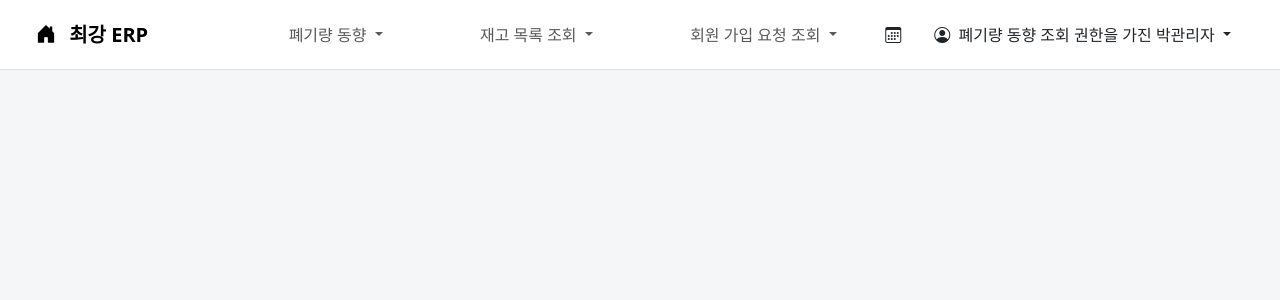
Repository: nojong99/kosta
Page: 32_MVCModel2/src/main/webapp/adminHeader.html
The author's editor kept a copy of each file at every save. The page is drawn from the files as they stood at one save, then again after the next save.
The browser window is 1280 px wide. The pictures show the whole page.

Above is the page before, as saved 2026-09-23 05:23:08.

### 32_MVCModel2/src/main/webapp/adminHeader.html
<!DOCTYPE html>
<html>
<head>
<meta charset="UTF-8">
<meta name="viewport" content="width=device-width, initial-scale=1">

<title>최강 ERP</title>

<link
	href="https://cdn.jsdelivr.net/npm/bootstrap@5.3.8/dist/css/bootstrap.min.css"
	rel="stylesheet">
<link rel="stylesheet"
	href="https://cdn.jsdelivr.net/npm/bootstrap-icons@1.13.1/font/bootstrap-icons.min.css">
<link rel="stylesheet" href="css/wasteTrends.css">

</head>
<body>
	<header>
		<nav class="navbar navbar-expand-lg bg-white border-bottom px-4">

			<div class="container-fluid">
				<a class="navbar-brand fw-bold me-4" href="index.html"> <i
					class="bi bi-house-door-fill me-2"></i> 최강 ERP
				</a>
				<ul class="navbar-nav flex-grow-1 mb-2 mb-lg-0">

					<li class="nav-item dropdown flex-fill text-center"><a
						class="nav-link dropdown-toggle" href="#" role="button"
						data-bs-toggle="dropdown"> 폐기량 동향 </a>

						<ul class="dropdown-menu">

							<li><a class="dropdown-item" href="#"> </a></li>

						</ul></li>

					<li class="nav-item dropdown flex-fill text-center"><a
						class="nav-link dropdown-toggle" href="#" role="button"
						data-bs-toggle="dropdown"> 재고 목록 조회 </a>
						<ul class="dropdown-menu">

							<li><a class="dropdown-item" href="#"> </a></li>

						</ul></li>
					<li class="nav-item dropdown flex-fill text-center"><a
						class="nav-link dropdown-toggle" href="#" role="button"
						data-bs-toggle="dropdown"> 회원 가입 요청 조회 </a>

						<ul class="dropdown-menu">

							<li><a class="dropdown-item" href="#"> </a></li>

						</ul></li>



				</ul>
				<div class="current-date me-3">
					<i class="bi bi-calendar3 me-1"></i> <span id="currentDate"></span>
				</div>
				<div class="dropdown">

					<button class="btn dropdown-toggle" data-bs-toggle="dropdown">

						<i class="bi bi-person-circle me-1"></i> 폐기량 동향 조회 권한을 가진 박관리자

					</button>


					<ul class="dropdown-menu dropdown-menu-end">

						<li><a class="dropdown-item" href="#"> 프로필 </a></li>

						<li><a class="dropdown-item" href="#"> 설정 </a></li>

						<li>
							<hr class="dropdown-divider">
						</li>

						<li><a class="dropdown-item" href="#"> 로그아웃 </a></li>

					</ul>

				</div>

			</div>

		</nav>
	</header>
</body>
</html>

### 32_MVCModel2/src/main/webapp/css/wasteTrends.css
@charset "UTF-8";


/* ==================================================
   BODY
================================================== */

body {
    background-color: #f5f6f8;
    margin: 0;
}


/* ==================================================
   HEADER / NAV
================================================== */

header {
    width: 100%;
}

/* Bootstrap navbar */
.navbar {
    min-height: 70px;
}


.navbar .dropdown {
    position: relative;
}

.navbar .dropdown:hover > .dropdown-menu {
    display: block;
    top: 100%;
    left: 50%;
    transform: translateX(-50%);
    margin-top: 0;
}


/* 홈 로고 */
.navbar-brand {
    min-width: 180px;
}


/* ==================================================
   SIDEBAR
================================================== */

.sidebar {
    width: 250px;
    min-height: calc(100vh - 70px);

    background-color: #212529;
    color: white;

    flex-shrink: 0;
}


.sidebar .logo {
    height: 70px;

    display: flex;
    align-items: center;

    padding: 0 25px;

    font-size: 20px;
    font-weight: bold;

    color: white;
}


.sidebar .nav-link {
    color: #adb5bd;
    padding: 12px 25px;
}


.sidebar .nav-link:hover,
.sidebar .nav-link.active {
    color: white;
    background-color: #343a40;
}


.sidebar .nav-link i {
    margin-right: 10px;
}


/* ==================================================
   MAIN
================================================== */

.main {
    min-height: calc(100vh - 70px);

    flex-grow: 1;

    min-width: 0;
}


/* ==================================================
   CARD
================================================== */

.dashboard-card {
    border: none;
    border-radius: 10px;
}


.dashboard-icon {
    width: 45px;
    height: 45px;

    border-radius: 10px;

    display: flex;
    align-items: center;
    justify-content: center;

    font-size: 20px;
}


/* ==================================================
   CHART
================================================== */

.chart-area {
    height: 300px;

    display: flex;
    align-items: center;
    justify-content: center;

    color: #adb5bd;

    background-color: #fafafa;

    border-radius: 8px;
}


/* ==================================================
   EMPTY DATA
================================================== */

.empty-data {
    height: 150px;

    display: flex;
    align-items: center;
    justify-content: center;

    color: #adb5bd;
}


/* ==================================================
   MOBILE
================================================== */

@media (max-width: 768px) {

    .sidebar {
        width: 70px;
    }


    .sidebar .logo span,
    .sidebar .nav-link span {
        display: none;
    }


    .sidebar .logo {
        justify-content: center;
        padding: 0;
    }


    .sidebar .nav-link {
        text-align: center;
        padding: 15px 0;
    }


    .sidebar .nav-link i {
        margin: 0;
    }


    .navbar-brand {
        min-width: auto;
    }

}

After the next save:
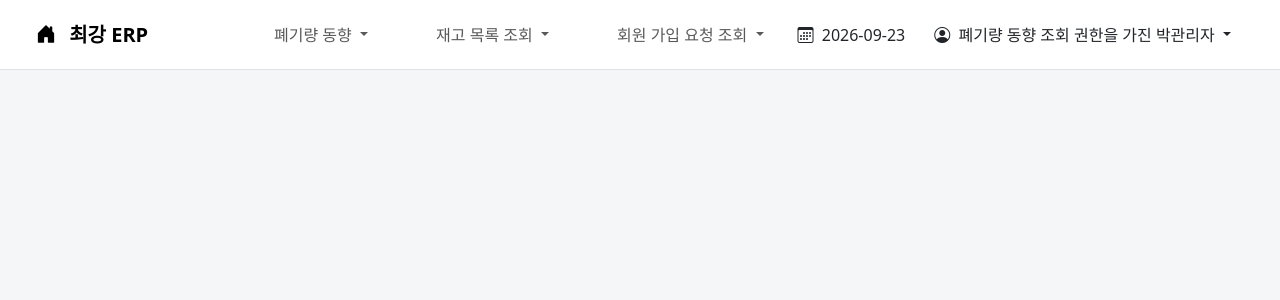
Saved 17 s later.
--- a/32_MVCModel2/src/main/webapp/adminHeader.html
+++ b/32_MVCModel2/src/main/webapp/adminHeader.html
@@ -56,7 +56,7 @@
 
 				</ul>
 				<div class="current-date me-3">
-					<i class="bi bi-calendar3 me-1"></i> <span id="currentDate"></span>
+					<i class="bi bi-calendar3 me-1"></i> <span id="currentDate">2026-09-23</span>
 				</div>
 				<div class="dropdown">
 
